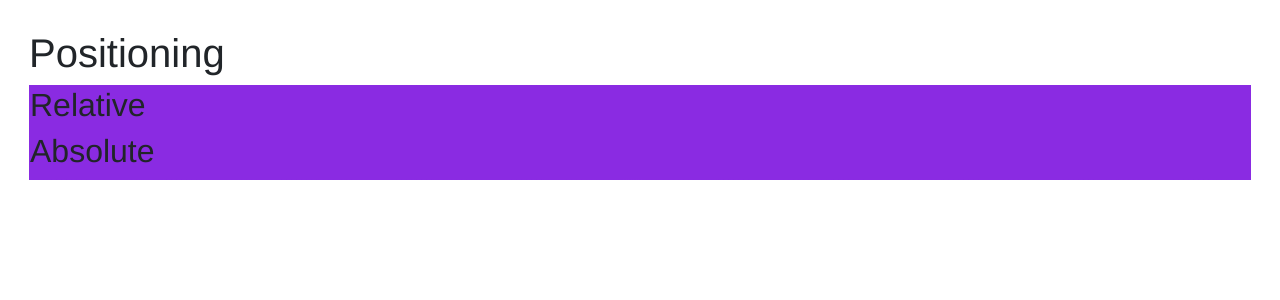
Repository: alboss/bit-175
Page: docs/positioning.html
These files come from the project's save history. The page is drawn as it stood at one moment and after the next save; the edit follows.
The browser window is 1280 px wide. The pictures show the whole page.

Above is the page before, as saved 2023-04-24 11:35:43.

### docs/positioning.html
<!DOCTYPE html>
<html lang="en">
  <head>
    <meta charset="UTF-8" />
    <meta http-equiv="X-UA-Compatible" content="IE=edge" />
    <meta name="viewport" content="width=device-width, initial-scale=1.0" />

    <!-- Bootstrap CSS -->
    <link
      href="https://cdn.jsdelivr.net/npm/bootstrap@5.3.0-alpha3/dist/css/bootstrap.min.css"
      rel="stylesheet"
      integrity="sha384-KK94CHFLLe+nY2dmCWGMq91rCGa5gtU4mk92HdvYe+M/SXH301p5ILy+dN9+nJOZ"
      crossorigin="anonymous" />
    <!-- Bootstrap JS -->
    <script
      src="https://cdn.jsdelivr.net/npm/bootstrap@5.3.0-alpha3/dist/js/bootstrap.bundle.min.js"
      integrity="sha384-ENjdO4Dr2bkBIFxQpeoTz1HIcje39Wm4jDKdf19U8gI4ddQ3GYNS7NTKfAdVQSZe"
      crossorigin="anonymous"></script>
    <link href="../styles/styles.css" rel="stylesheet" type="text/css" />
    <base target="example-page" />

    <title>Positioning</title>
    <style>
      body {
        border: 1px solid #fff;
        padding: 2em;
      }
      main {
        border: 1px dashed blueviolet;
        background-color: blueviolet;
      }
    </style>
  </head>
  <body>
    <div id="everything">
    <header>
    <h1>Positioning</h1>
    </header>
    <main>
      <div id="thing-1">
        <h2>Relative</h2>
        <div id="thing-1-a">
          <div id="thing-1-a-a"></div>
        </div>
        <div id="thing-1-b"></div>
        <div id="thing-1-c"></div>
      </div>
      <div id="thing-2-a">
        <h2>Absolute</h2>
          <div id="thing-2-a-a"></div>
        </div>
        <div id="thing-2-b"></div>
        <div id="thing-2-c"></div>
      </div>
       <div id="thing-3-a">
          <div id="thing-3-a-a"></div>
        </div>
        <div id="thing-3-b"></div>
        <div id="thing-3-c"></div>
      </div>
    </main>
    </div>
  </body>
</html>

### docs/styles/styles.css
body {
  font-family: Helvetica, Arial, Sans-serif;
  font-size: 14px;
  padding: 2em;
}
#description {
  border: 2px solid #999;
  padding: 2em;
  margin: 2em;
}
#lead {
  font-size: 1.2em;
  color: #666;
}
.highlight {
  background-color: yellow;
  font-weight: bold;
}

nav.top ul {
  display: flex;
}
nav.top ul li {
  margin: 0px;
  padding: 10px 25px;
  border-inline: 2px solid #333;
  margin-left: -2px;
  background-color: cornsilk;
  list-style: none;
}
nav.top ul li:hover {
  background-color: blanchedalmond;
  list-style: none;
  display: block;
}

After the next save:
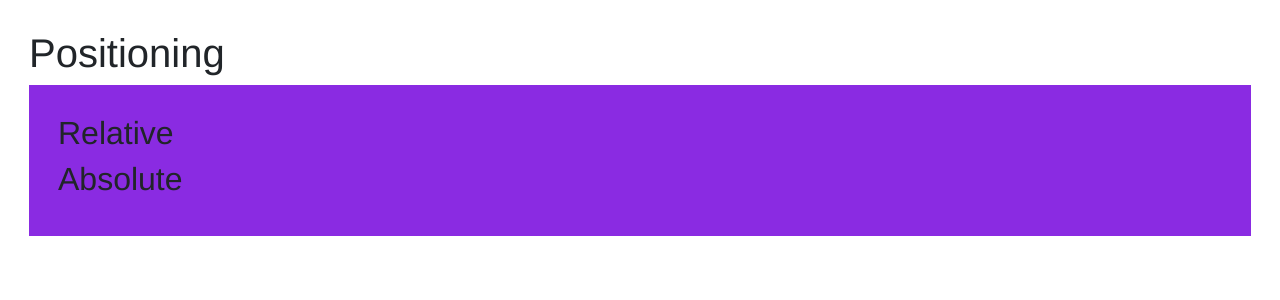
Saved 9 s later.
--- a/docs/positioning.html
+++ b/docs/positioning.html
@@ -26,6 +26,7 @@
         padding: 2em;
       }
       main {
+        padding: 2em;
         border: 1px dashed blueviolet;
         background-color: blueviolet;
       }
